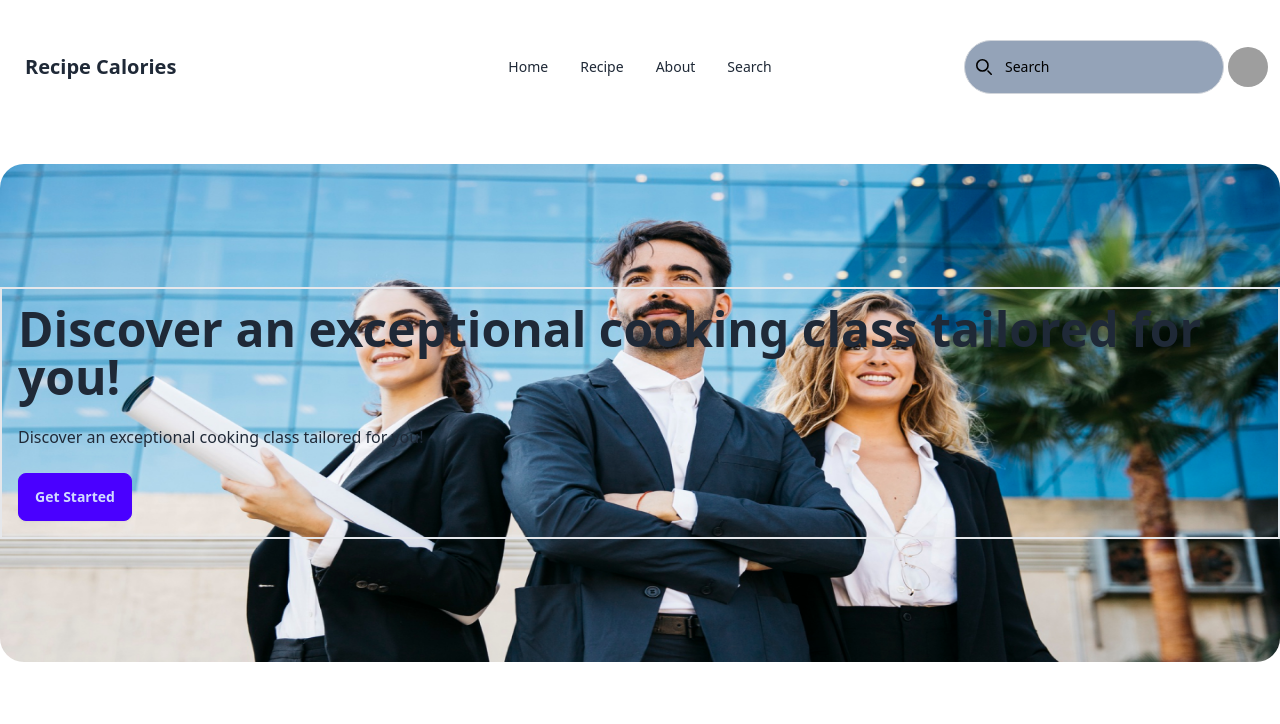
Repository: RudrasahaDibos/Chefs-table
Page: /
An editor plug-in stored every save of this project. The page is shown before and after a run of saves, followed by the edit.
The browser window is 1280 px wide. The pictures show the whole page.
Pictures or frames that could not be fetched are drawn as grey boxes. The project was rebuilt for these pictures with package versions that can differ from the ones it lists, and the page was loaded fresh each time. Also part of the build but not shown: vite.config.js, src/App.css.

Above is the page before, as saved 2024-12-19 09:49:20.

After the next 2 saves:
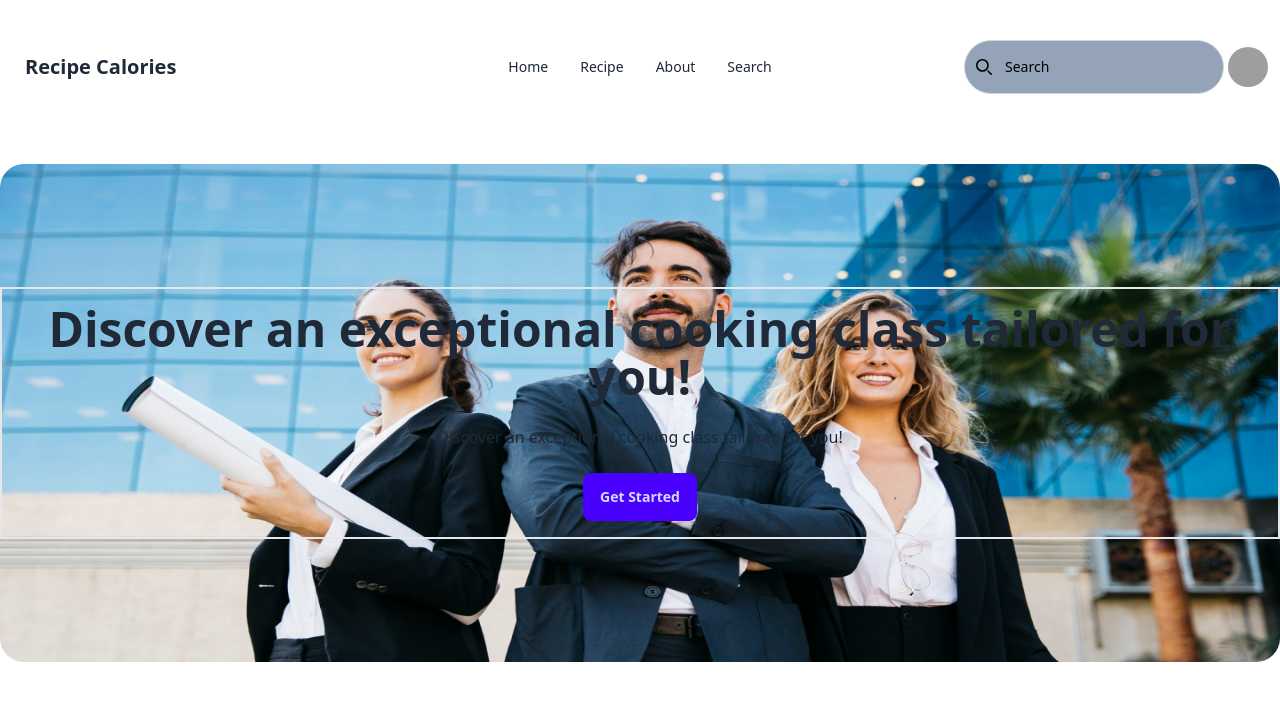
The 2 saves are shown as one change because they came seconds apart.
The last was saved 16 s later.
--- a/src/Component/Banner/Banner.jsx
+++ b/src/Component/Banner/Banner.jsx
@@ -5,7 +5,7 @@ const Banner = () => {
         <div className='max-w-7xl mx-auto '>
             <div className="hero ">
      <img src={img} alt="" className='h-4/5 w-full rounded-3xl' />
-  <div className="hero-content border-2 w-full ">
+  <div className="hero-content text-center border-2 w-full ">
     <div className="">
       <h1 className="text-5xl font-bold">Discover an exceptional cooking class tailored for you!</h1>
       <p className="py-6">
